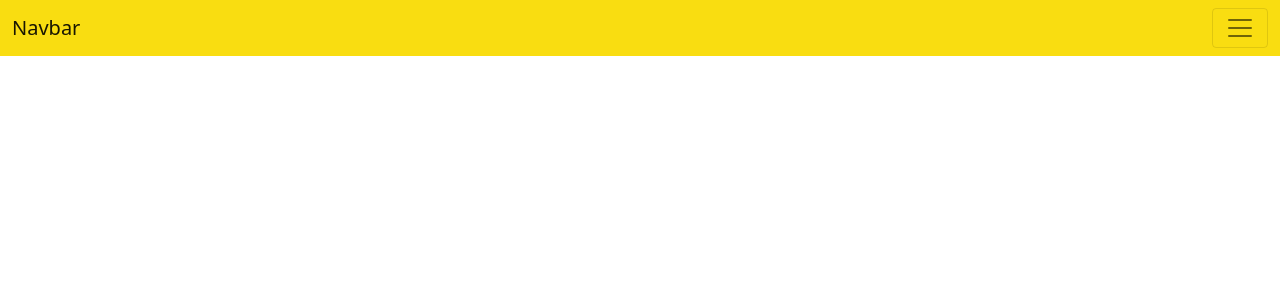
Repository: LauLupu/Progetto
Page: http://localhost/home
An editor plug-in stored every save of this project. The page is shown before and after the next save, followed by the edit.
The browser window is 1280 px wide. The pictures show the whole page.
The page is served by the project's Laravel application, run on PHP 8.4 with Laravel 8. Other server files are loaded and not shown.

Above is the page before, as saved 2021-08-24 09:57:34.

### routes/web.php
<?php

use App\Http\Controllers\inventoryController;
use Illuminate\Support\Facades\Route;

/*
|--------------------------------------------------------------------------
| Web Routes
|--------------------------------------------------------------------------
|
| Here is where you can register web routes for your application. These
| routes are loaded by the RouteServiceProvider within a group which
| contains the "web" middleware group. Now create something great!
|
*/

Route::get('/', function () {
    return view('Welcome');
});

Route::get('/home', function () {
    return view('home');
});

Route::get('/navbar', function () {
    return view('navbar');
});

Route::get('/dashboard', function () {
    return view('dashboard');
})->middleware(['auth'])->name('dashboard');

require __DIR__.'/auth.php';

### resources/views/home.blade.php
<!DOCTYPE html>
<html lang="en">
<head>
    <meta charset="UTF-8">
    <meta http-equiv="X-UA-Compatible" content="IE=edge">
    <meta name="viewport" content="width=device-width, initial-scale=1.0">
    <link href="https://cdn.jsdelivr.net/npm/bootstrap@5.1.0/dist/css/bootstrap.min.css" rel="stylesheet" integrity="sha384-KyZXEAg3QhqLMpG8r+8fhAXLRk2vvoC2f3B09zVXn8CA5QIVfZOJ3BCsw2P0p/We" crossorigin="anonymous">
<script src="https://cdn.jsdelivr.net/npm/bootstrap@5.1.0/dist/js/bootstrap.bundle.min.js" integrity="sha384-U1DAWAznBHeqEIlVSCgzq+c9gqGAJn5c/t99JyeKa9xxaYpSvHU5awsuZVVFIhvj" crossorigin="anonymous"></script>
    <title>Home</title>
</head>
<body>
<nav class="navbar navbar-light" style="background-color: #F9DD11;">
  <div class="container-fluid">
    <a class="navbar-brand" href="#">Navbar</a>
    <button class="navbar-toggler" type="button" data-bs-toggle="collapse" data-bs-target="#navbarSupportedContent" aria-controls="navbarSupportedContent" aria-expanded="false" aria-label="Toggle navigation">
      <span class="navbar-toggler-icon"></span>
    </button>
    <div class="collapse navbar-collapse" id="navbarSupportedContent">
      <ul class="navbar-nav me-auto mb-2 mb-lg-0">
        <li class="nav-item">
          <a class="nav-link active" aria-current="page" href="#">Home</a>
        </li>
        <li class="nav-item">
          <a class="nav-link" href="#">Link</a>
        </li>
        <li class="nav-item dropdown">
          <a class="nav-link dropdown-toggle" href="#" id="navbarDropdown" role="button" data-bs-toggle="dropdown" aria-expanded="false">
            Dropdown
          </a>
          <ul class="dropdown-menu" aria-labelledby="navbarDropdown">
            <li><a class="dropdown-item" href="#">Action</a></li>
            <li><a class="dropdown-item" href="#">Another action</a></li>
            <li><hr class="dropdown-divider"></li>
            <li><a class="dropdown-item" href="#">Something else here</a></li>
          </ul>
        </li>
        <li class="nav-item">
          <a class="nav-link disabled" href="#" tabindex="-1" aria-disabled="true">Disabled</a>
        </li>
      </ul>
      <form class="d-flex">
        <input class="form-control me-2" type="search" placeholder="Search" aria-label="Search">
        <button class="btn btn-outline-success" type="submit">Search</button>
      </form>
    </div>
  </div>
</nav>
</body>
</html>

Loaded but not shown: routes/auth.php (common file)

After the next save:
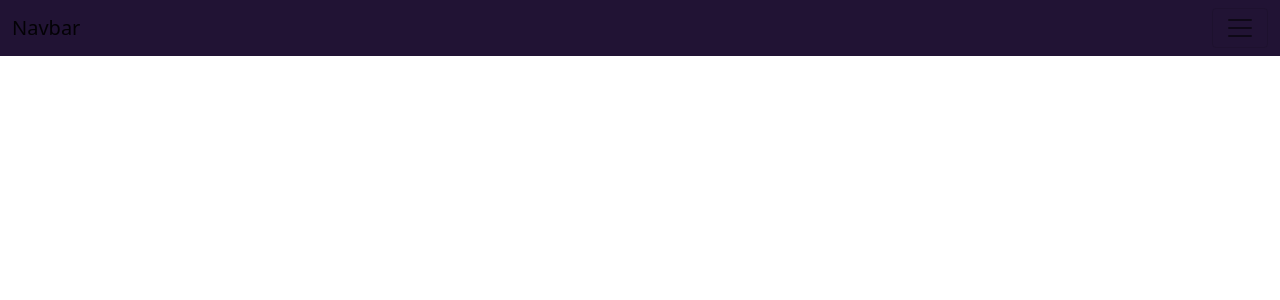
Saved 28 s later.
--- a/resources/views/home.blade.php
+++ b/resources/views/home.blade.php
@@ -9,7 +9,7 @@
     <title>Home</title>
 </head>
 <body>
-<nav class="navbar navbar-light" style="background-color: #F9DD11;">
+<nav class="navbar navbar-light" style="background-color: #211334;">
   <div class="container-fluid">
     <a class="navbar-brand" href="#">Navbar</a>
     <button class="navbar-toggler" type="button" data-bs-toggle="collapse" data-bs-target="#navbarSupportedContent" aria-controls="navbarSupportedContent" aria-expanded="false" aria-label="Toggle navigation">
